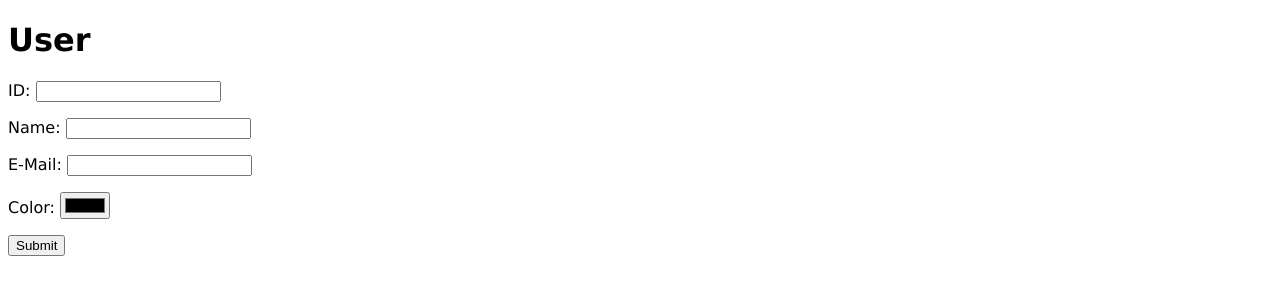
Repository: ArthurAMichelettiS/ftt-web-API
Page: ftt-WEB-api/src/main/webapp/index.html
An editor plug-in stored every save of this project. The page is shown before and after the next save, followed by the edit.
The browser window is 1280 px wide. The pictures show the whole page.
The page's requests for data from a server got no answer.

Above is the page before, as saved 2021-05-08 02:02:52.

### ftt-WEB-api/src/main/webapp/index.html

<!DOCTYPE html>
<html>
<head>
<meta charset="UTF-8">
<title>FTT - User</title>
<style>
	body {font-family:Verdana;}
</style>
</head>
<body onLoad="reloadPage()">
<h1>User</h1>
<!--  get, post ok -->
<form method="post" action="/ftt-WEB-api/user">
<p><label for="user-id">ID: </label><input type="number" id="user-id" name="user-id" required></p>
<p><label for="user-name">Name: </label><input type="text" id="user-name" name="user-name" required></p>
<p><label for="user-email">E-Mail: </label><input type="email" id="user-email" name="user-email" required></p>
<p><label for="user-color">Color: </label><input type="color" id="user-color" name="user-color" required></p>
<input type="submit">
</form>
</body>
<script>

function reloadPage() {
  var username = window.localStorage.getItem('user');
  url = `/user?user-id=${username}`;

  var xhr = new XMLHttpRequest();

  xhr.onload = function () {

    if (xhr.status >= 200 && xhr.status < 300) {

      var reps = JSON.parse(xhr.responseText);
      createNewsCards(reps);

    } else {

      let error_message = "ERROR!" + xhr.statusText;
      document.getElementById("Repositorios").innerHTML = error_message;
    }
  };

  xhr.open('GET', url);
  xhr.send();

}

function createNewsCards(nData) {

  for (i in nData) {

    var card = document.createElement("div"); //Card
    card.setAttribute("class", "card");

    var data = document.createElement("div"); //Date text
    data.setAttribute("class", "data");

    var time = document.createElement("time"); //Creation date of repository

    data.innerHTML = "CRIADO EM:"
    data.appendChild(time)

    var name = document.createElement("h2"); //Repository name

    var description = document.createElement("div"); //Repository description
    description.setAttribute("class", "info");

    var language = document.createElement("div"); //Language name
    language.setAttribute("class", "tags");

    time.innerText = nData[i].user-color;

    name.innerText = nData[i].user-id;
    description.innerText = nData[i].user-name;
    language.innerText = nData[i].user-email;

    // Append the text to cards
    card.appendChild(data);
    card.appendChild(name);
    card.appendChild(description);
    card.appendChild(language);

    document.getElementById("container").appendChild(card);

  }
}

</script>
</html>

After the next save:
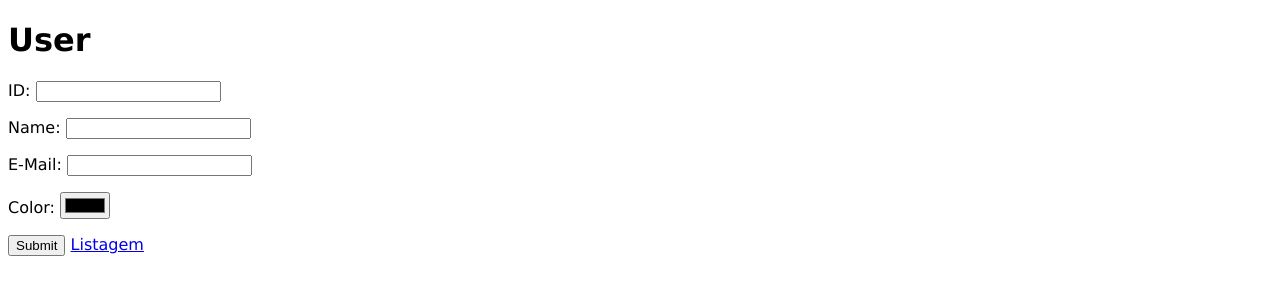
Saved 3 min 28 s later.
--- a/ftt-WEB-api/src/main/webapp/index.html
+++ b/ftt-WEB-api/src/main/webapp/index.html
@@ -1,3 +1,4 @@
+
 
 <!DOCTYPE html>
 <html>
@@ -8,7 +9,7 @@
 	body {font-family:Verdana;}
 </style>
 </head>
-<body onLoad="reloadPage()">
+<body>
 <h1>User</h1>
 <!--  get, post ok -->
 <form method="post" action="/ftt-WEB-api/user">
@@ -17,74 +18,9 @@
 <p><label for="user-email">E-Mail: </label><input type="email" id="user-email" name="user-email" required></p>
 <p><label for="user-color">Color: </label><input type="color" id="user-color" name="user-color" required></p>
 <input type="submit">
+
+<a href="lista.html">Listagem</a>
+
 </form>
 </body>
-<script>
-
-function reloadPage() {
-  var username = window.localStorage.getItem('user');
-  url = `/user?user-id=${username}`;
-
-  var xhr = new XMLHttpRequest();
-
-  xhr.onload = function () {
-
-    if (xhr.status >= 200 && xhr.status < 300) {
-
-      var reps = JSON.parse(xhr.responseText);
-      createNewsCards(reps);
-
-    } else {
-
-      let error_message = "ERROR!" + xhr.statusText;
-      document.getElementById("Repositorios").innerHTML = error_message;
-    }
-  };
-
-  xhr.open('GET', url);
-  xhr.send();
-
-}
-
-function createNewsCards(nData) {
-
-  for (i in nData) {
-
-    var card = document.createElement("div"); //Card
-    card.setAttribute("class", "card");
-
-    var data = document.createElement("div"); //Date text
-    data.setAttribute("class", "data");
-
-    var time = document.createElement("time"); //Creation date of repository
-
-    data.innerHTML = "CRIADO EM:"
-    data.appendChild(time)
-
-    var name = document.createElement("h2"); //Repository name
-
-    var description = document.createElement("div"); //Repository description
-    description.setAttribute("class", "info");
-
-    var language = document.createElement("div"); //Language name
-    language.setAttribute("class", "tags");
-
-    time.innerText = nData[i].user-color;
-
-    name.innerText = nData[i].user-id;
-    description.innerText = nData[i].user-name;
-    language.innerText = nData[i].user-email;
-
-    // Append the text to cards
-    card.appendChild(data);
-    card.appendChild(name);
-    card.appendChild(description);
-    card.appendChild(language);
-
-    document.getElementById("container").appendChild(card);
-
-  }
-}
-
-</script>
 </html>
